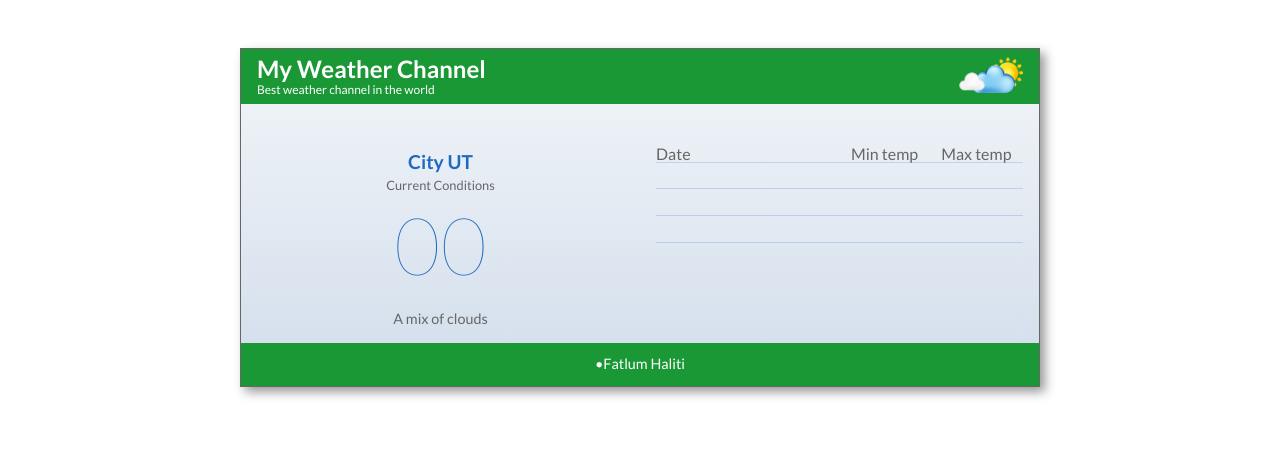
Repository: thinsanta/weather-site
Page: index.html
These files come from the project's save history. The page is drawn as it stood at one moment and after the next save; the edit follows.
The browser window is 1280 px wide. The pictures show the whole page.
The page's requests for data from a server got no answer.

Above is the page before, as saved 2019-10-28 11:46:20.

After the next save:
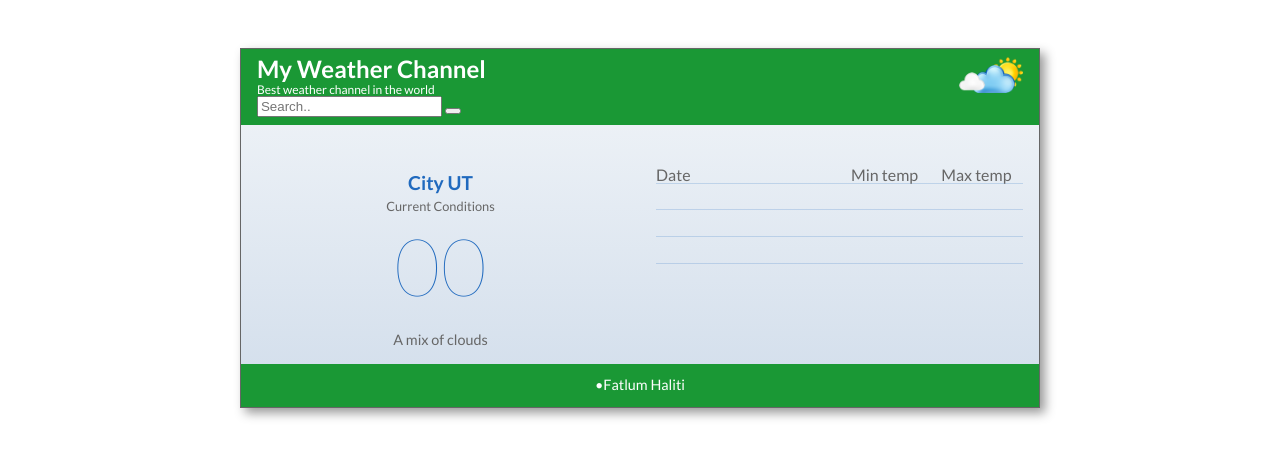
Saved 2 days later.
--- a/index.html
+++ b/index.html
@@ -33,7 +33,9 @@
 	<header>
 		<figure class="wu"><img src="images/weatherLogo.png"></figure>
     <h1>My Weather Channel</h1>
-    <h2>Best weather channel in the world</h2>
+	<h2>Best weather channel in the world</h2>
+	<input type="text" placeholder="Search.." name="search">
+      <button type="submit"><i class="fa fa-search"></i></button>
     </header>
 
 
